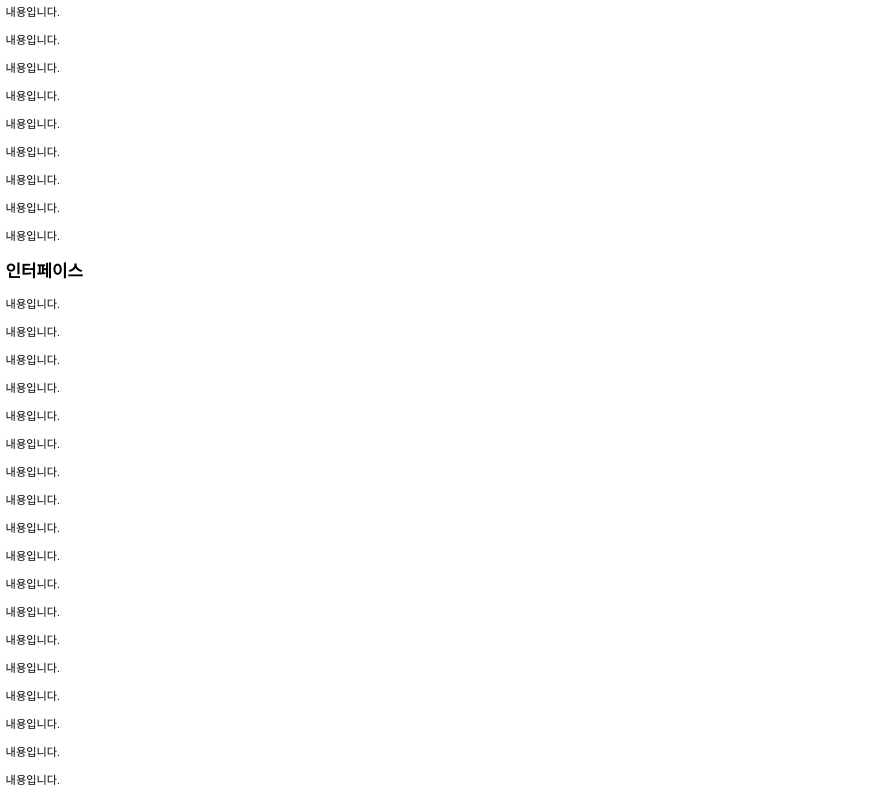
Repository: Hswwwww/WEB
Page: ClientTest/src/main/webapp/html/ex12_link.html
An editor plug-in stored every save of this project. The page is shown before and after the next save, followed by the edit.
The browser window is 1280 px wide. The pictures show the part of the page from y = 786 to 2706 px (the page is 1927 px tall before and 2706 px after), at 70% of full size.

Above is the page before, as saved 2024-03-13 03:24:14.

After the next save:
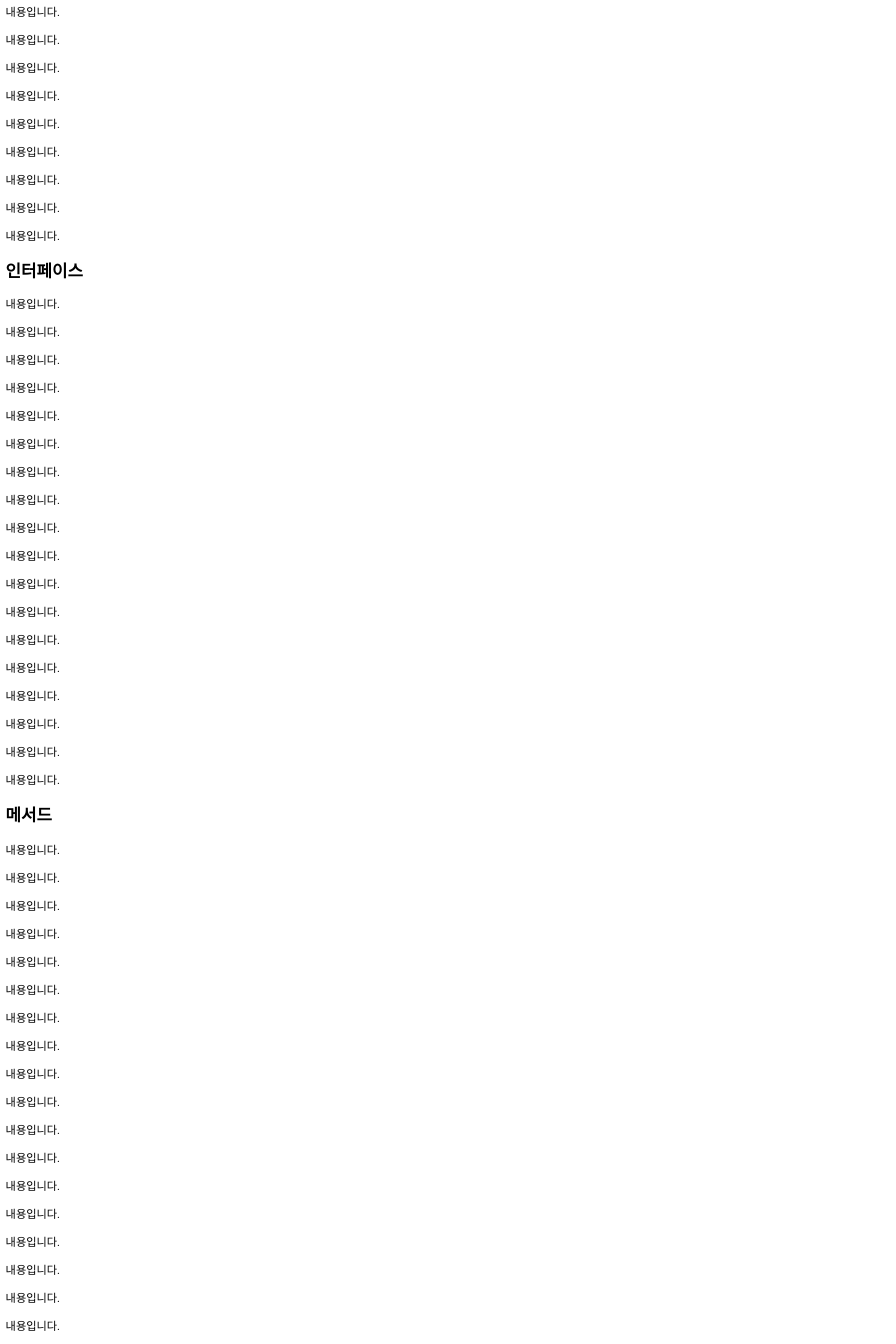
Saved 19 s later.
--- a/ClientTest/src/main/webapp/html/ex12_link.html
+++ b/ClientTest/src/main/webapp/html/ex12_link.html
@@ -65,6 +65,11 @@
 	<p>내용입니다.</p><p>내용입니다.</p><p>내용입니다.</p><p>내용입니다.</p><p>내용입니다.</p>
 	<p>내용입니다.</p><p>내용입니다.</p><p>내용입니다.</p><p>내용입니다.</p><p>내용입니다.</p>
 
+	<h2>메서드</h2>
+	<p>내용입니다.</p><p>내용입니다.</p><p>내용입니다.</p><p>내용입니다.</p><p>내용입니다.</p><p>내용입니다.</p><p>내용입니다.</p><p>내용입니다.</p>
+	<p>내용입니다.</p><p>내용입니다.</p><p>내용입니다.</p><p>내용입니다.</p><p>내용입니다.</p>
+	<p>내용입니다.</p><p>내용입니다.</p><p>내용입니다.</p><p>내용입니다.</p><p>내용입니다.</p>
+
 
 </body>
 </html>
